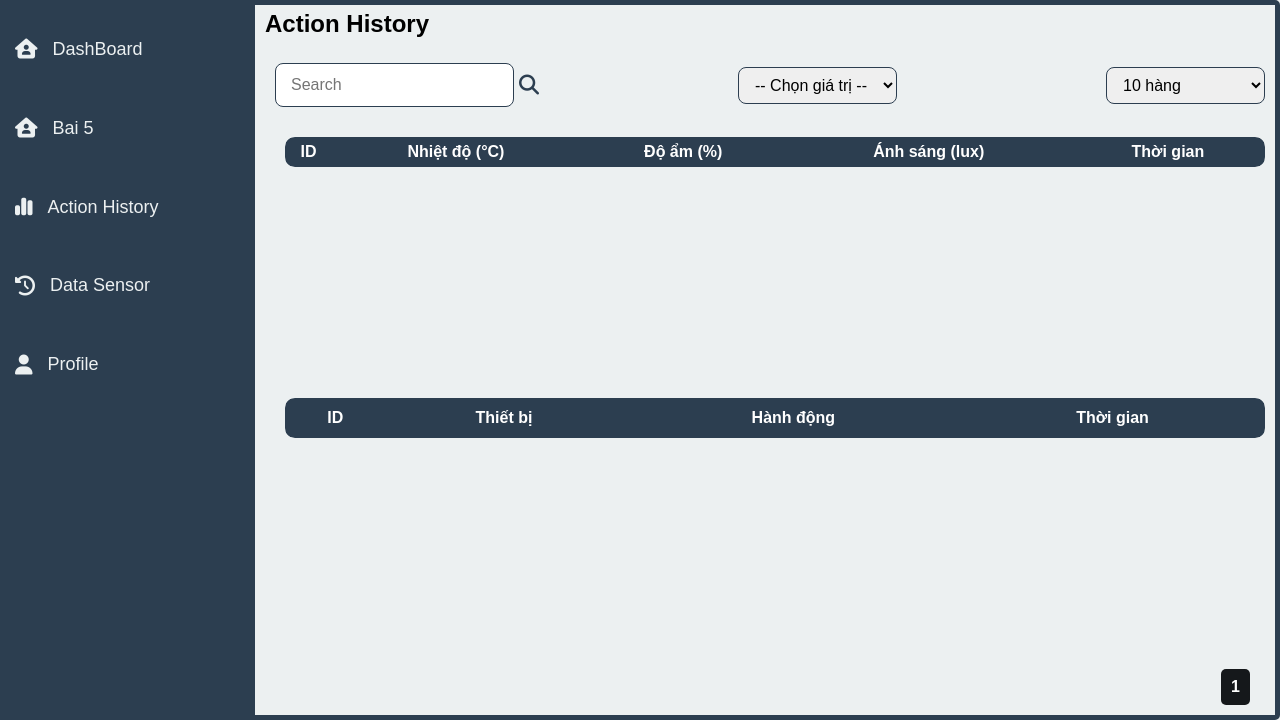
Repository: duongnoob23/duyyyy
Page: /action (app in iot/)
The author's editor kept a copy of each file at every save. The page is drawn from the files as they stood at one save, then again after the next save.
The browser window is 1280 px wide. The pictures show the whole page.
The page's requests for data from a server got no answer. Some web libraries are served in a nearby version. The project was rebuilt for these pictures with package versions that can differ from the ones it lists, and the page was loaded fresh each time. No one was signed in, and anything a server would have sent is missing. Also part of the build but not shown: iot/src/App.css, iot/src/Pages/Home/Home.css, iot/src/Components/Doughnut/GaugeChart.js, iot/src/Components/LineChart/LineChartECharts.js, iot/src/Pages/Home/Home.js, iot/src/Pages/DataLogs/DataLogs.js, iot/src/Pages/Profile/Profile.css, iot/src/Pages/Profile/Profile.js and 3 more.

Above is the page before, as saved 2024-12-25 23:12:37.

After the next save:
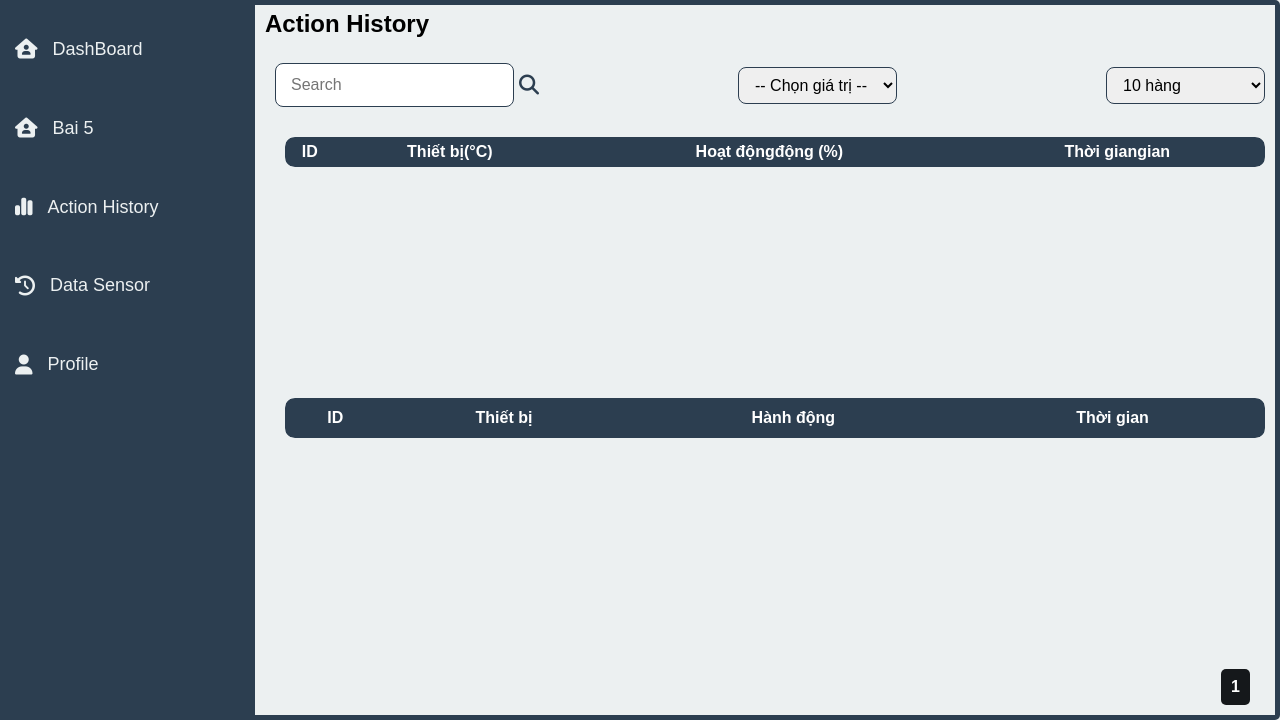
Saved 25 s later.
--- a/iot/src/Pages/Action/Action.js
+++ b/iot/src/Pages/Action/Action.js
@@ -130,11 +130,9 @@ function Action() {
             <thead className="table__head">
               <tr className="table-row__head">
                 <th>ID</th>
-                <th>Nhiệt độ (°C)</th>
-                <th cl>Độ ẩm (%)</th>
-                <th>Ánh sáng (lux)</th>
-                {/* <th className="table__time table-row__item" onClick={() => handleClickSort("windspeed")}>Tốc độ gió</th> */}
-                <th>Thời gian</th>
+                <th>Thiết bị(°C)</th>
+                <th>Hoạt độngđộng (%)</th>
+                <th>Thời giangian</th>
               </tr>
             </thead>
             <tbody className="table__body">
